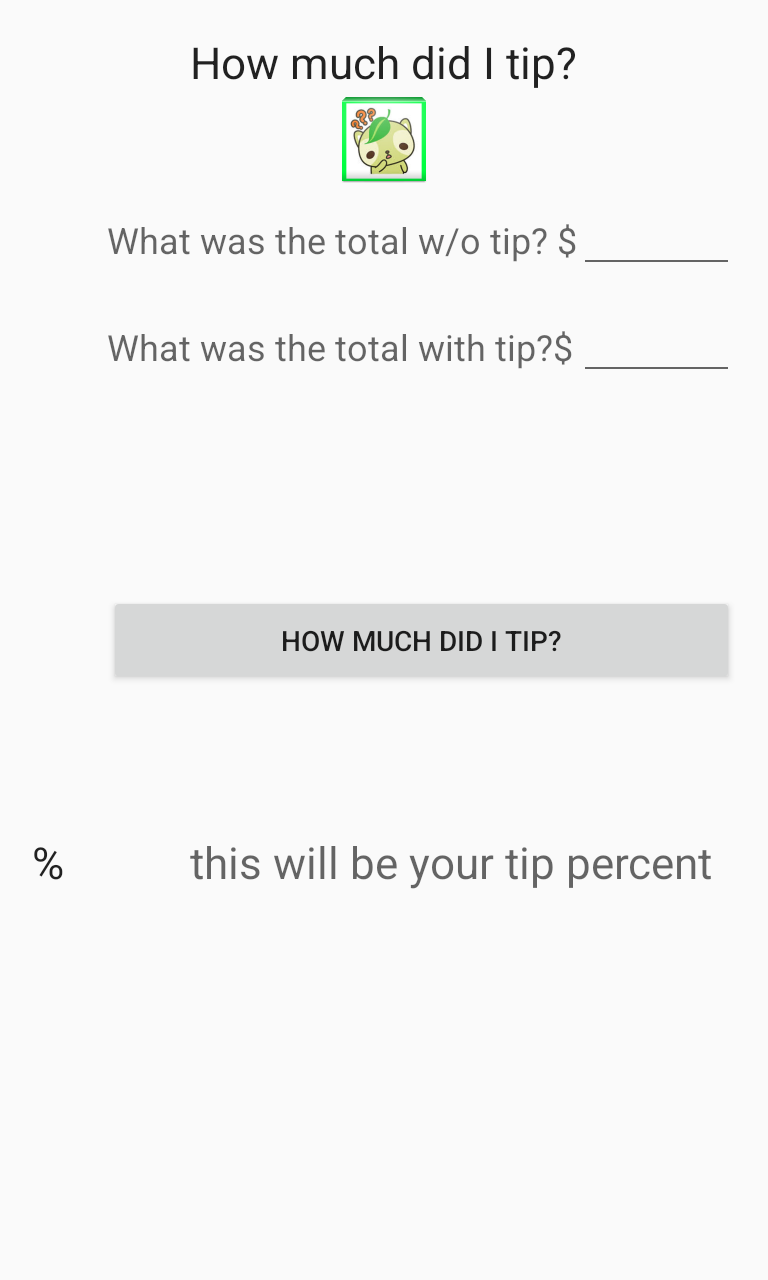
Repository: any027/BillHelper
Layout: BillHelper/res/layout/did_i_tip.xml
These files come from the project's save history. The layout is drawn as it stood at one moment and after the next save; the edit follows.
It is drawn on a 768 x 1280 px phone screen (xhdpi) without system bars, with theme AppTheme; the app's code is not run.

Above is the layout before, as saved 2015-06-29 18:47:48.

After the next save:
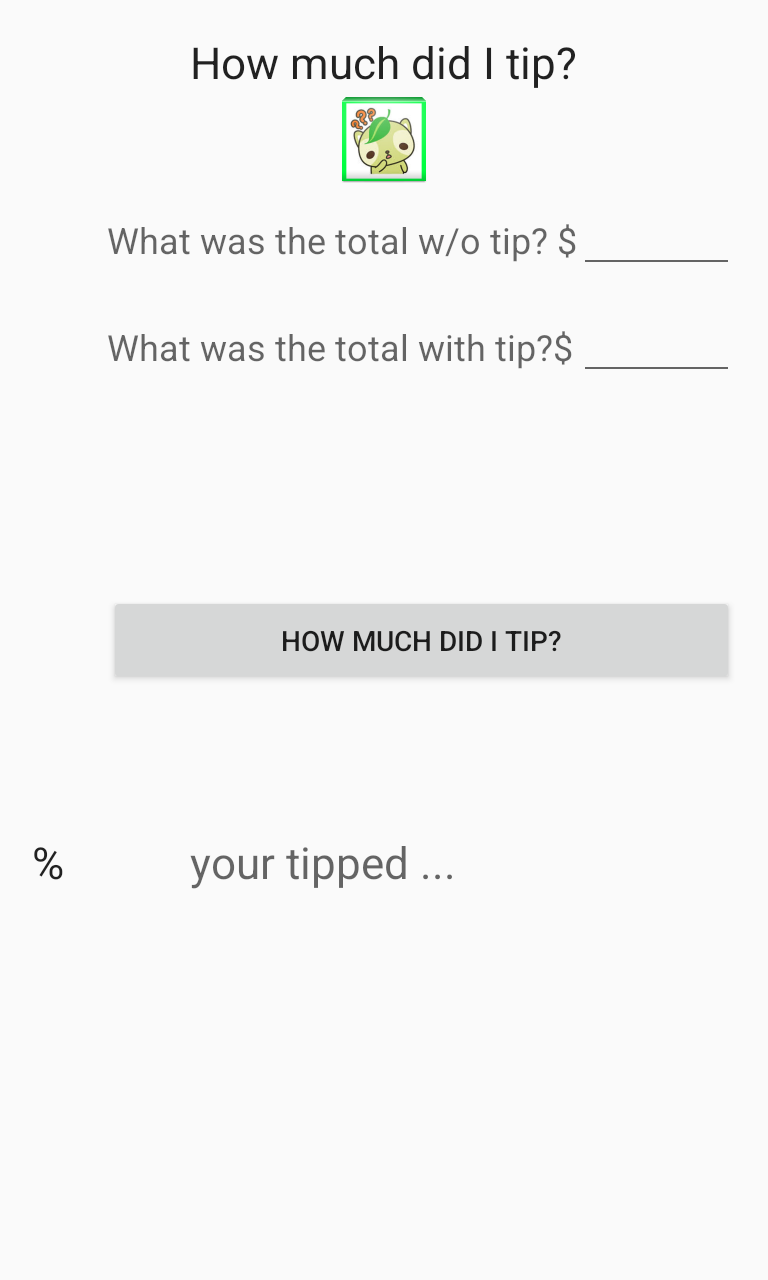
Saved 15 s later.
--- a/BillHelper/res/layout/did_i_tip.xml
+++ b/BillHelper/res/layout/did_i_tip.xml
@@ -96,7 +96,7 @@
         android:layout_alignBottom="@+id/dollarSignDid"
         android:layout_alignLeft="@+id/didTitle"
         android:layout_alignRight="@+id/FigureOutPercent"
-        android:hint="this will be your tip percent"
+        android:hint="your tipped ..."
         android:textAppearance="?android:attr/textAppearanceLarge" />
 
 </RelativeLayout>
